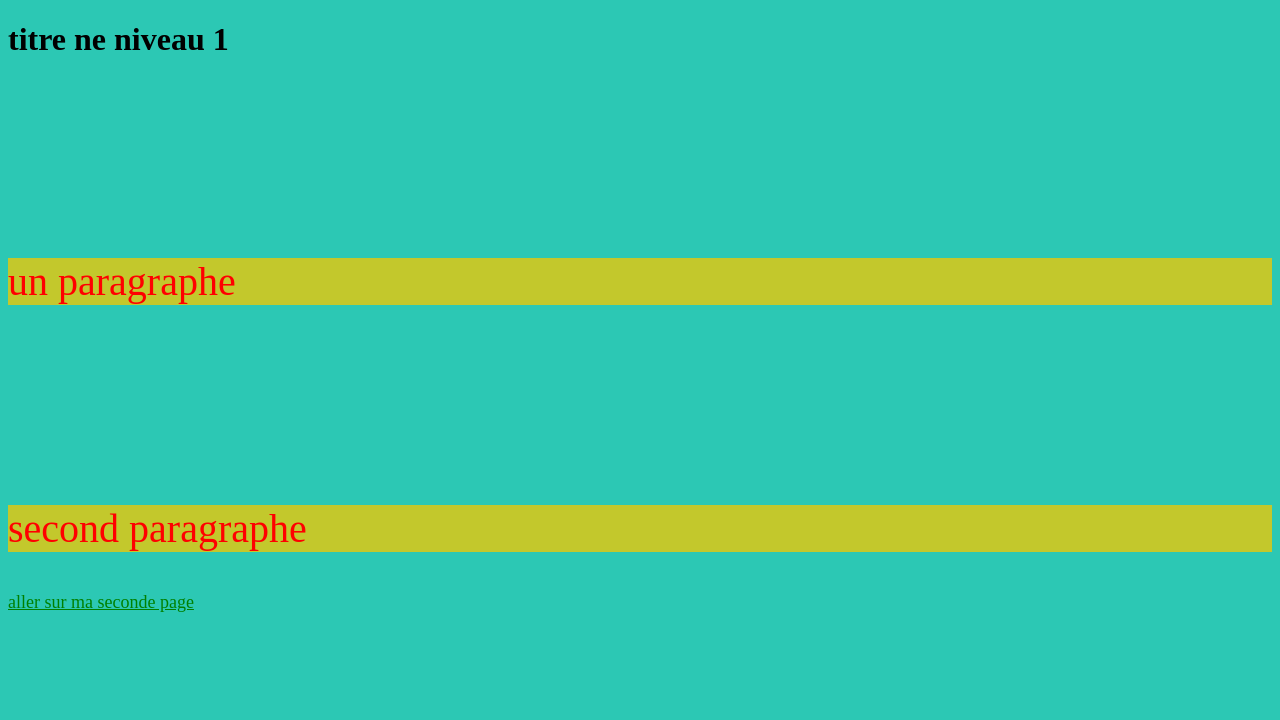
Repository: Poulpyto/fitec
Page: workspaceHtmlFlo/PremierTp_htmlCss/WebContent/htmlEtCss.html
An editor plug-in stored every save of this project. The page is shown before and after the next save, followed by the edit.
The browser window is 1280 px wide. The pictures show the whole page.

Above is the page before, as saved 2017-04-03 12:44:54.

### workspaceHtmlFlo/PremierTp_htmlCss/WebContent/htmlEtCss.html
<!DOCTYPE html>
<html>
	<head>
		<meta charset="UTF-8">
		<title>HTML et CSS</title>
		<link rel="stylesheet" href="css/style.css" />
	</head>
	<body>
		<h1>titre ne niveau 1</h1>
		<p>un paragraphe</p>
		<p>second paragraphe</p>
		<a href="C:\Users\Stagiaire\Desktop\workspaceHtmlFlo\PremierTp\WebContent\NewFile.html">aller sur ma seconde page</a>
	</body>
</html>

### workspaceHtmlFlo/PremierTp_htmlCss/WebContent/css/style.css
@CHARSET "UTF-8";

body{
	background-color: #2CC8B4;
}

p{
	background-color: #C3C82C;/*couleur de fond*/
	font-family: cursive;/*type de police*/
	font-size: 40px;/*taille police*/
	color: red;/*couleur decriture*/
	margin-top: 200px;
}

a{
	color: green;
	font-size: large;
}

After the next save:
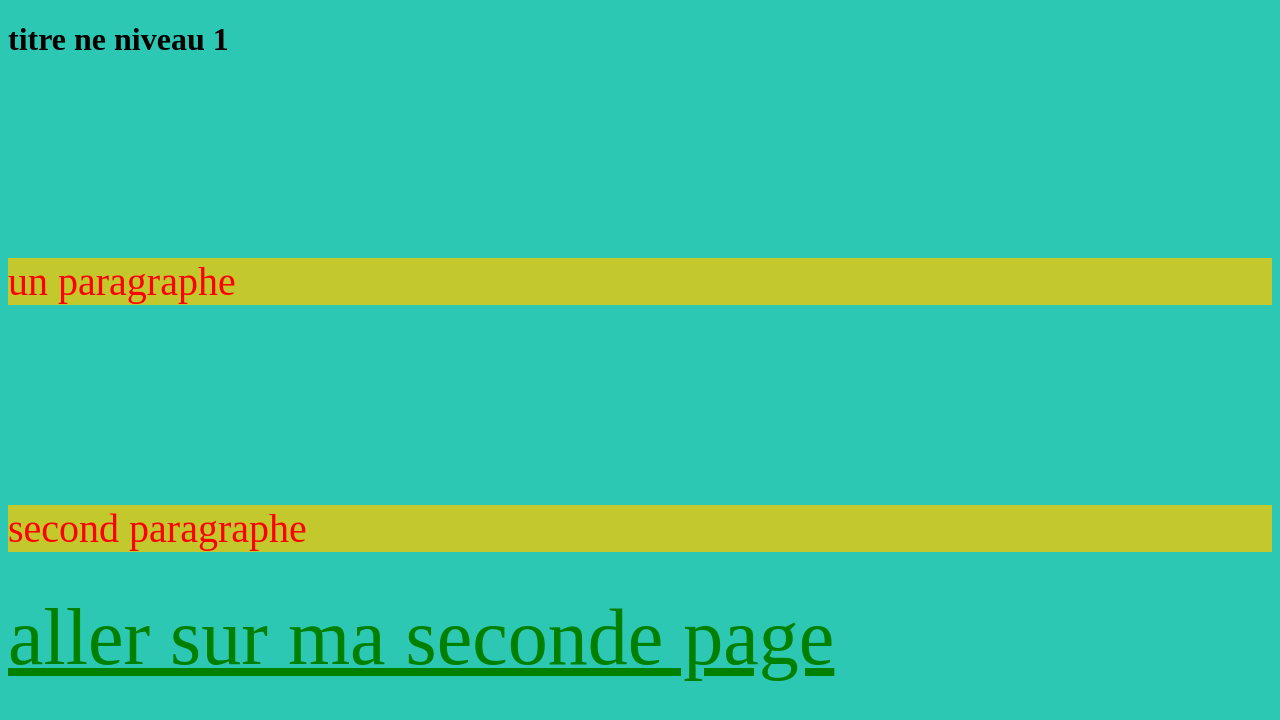
Saved 70 s later.
--- a/workspaceHtmlFlo/PremierTp_htmlCss/WebContent/css/style.css
+++ b/workspaceHtmlFlo/PremierTp_htmlCss/WebContent/css/style.css
@@ -14,5 +14,5 @@ p{
 
 a{
 	color: green;
-	font-size: large;
+	font-size: 500%;
 }
